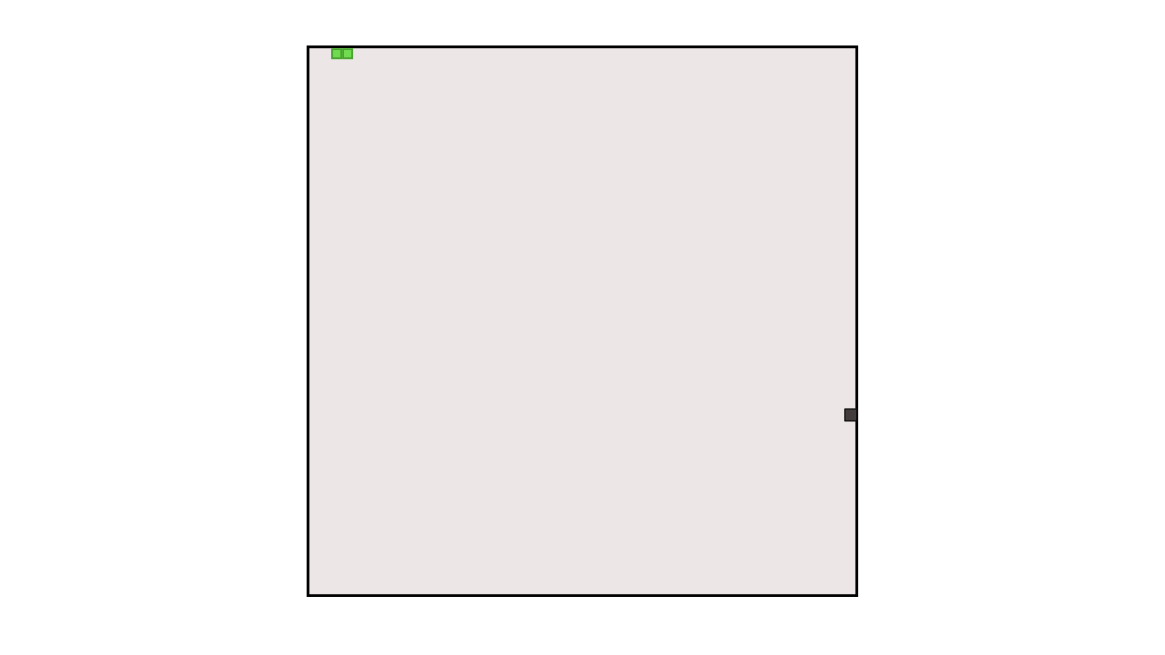
Repository: Krashgul/React_Snake_Game
Page: /
These files come from the project's save history. The page is drawn as it stood at one moment and after the next save; the edit follows.
The browser window is 1280 px wide. The pictures show the whole page, at 91% of full size.
The project was rebuilt for these pictures with package versions that can differ from the ones it lists, and the page was loaded fresh each time.

Above is the page before, as saved 2021-03-02 00:31:02.

### src/index.css
.game-area {
  position: relative;
  margin: 50px auto;
  width: 600px;
  height: 600px;
  background-color: rgb(236, 230, 230);
  border: 3px solid #000;
}

.snake-dot {
  position: absolute;
  width: 2%;
  height: 2%;
  background-color: rgb(111, 219, 78);
  border: 2px solid rgb(75, 161, 49);
  z-index: 2;
  box-sizing: border-box;
}

.snake-food {
  position: absolute;
  width: 2%;
  height: 2%;
  background: rgb(66, 60, 60);
  border: 1px solid #000;
  z-index: 1;
}

### src/App.js
import React, { Component } from 'react';
import Snake from './Snake';
import Food from './Food';

const getRandomCoordinates = () => {
  let min = 1;
  let max = 98;
  let x = Math.floor((Math.random()*(max-min+1)+min)/2)*2;
  let y =  Math.floor((Math.random()*(max-min+1)+min)/2)*2;
  return [x,y]
}

const initialState = {
  food: getRandomCoordinates(),
  speed: 50,
  direction: 'RIGHT',
  snakeDots: [
    [0,0],
    [2,0]
  ]
}

class App extends Component {

  state = initialState;

  componentDidMount() {
    setInterval(this.moveSnake, this.state.speed);
    document.onkeydown = this.onKeyDown;
  }

  componentDidUpdate() {
    this.checkIfOutOfBorders();
    this.checkIfCollapsed();
    this.checkIfEat();
  }

  onKeyDown = (e) => {
    e = e || window.event;
    switch (e.keyCode) {
      case 38:
        this.setState({direction: 'UP'});
        break;
      case 40:
        this.setState({direction: 'DOWN'});
        break;
      case 37:
        this.setState({direction: 'LEFT'});
        break;
      case 39:
        this.setState({direction: 'RIGHT'});
        break;
    }
  }

  moveSnake = () => {
    let dots = [...this.state.snakeDots];
    let head = dots[dots.length - 1];

    switch (this.state.direction) {
      case 'RIGHT':
        head = [head[0] + 2, head[1]];
        break;
      case 'LEFT':
        head = [head[0] - 2, head[1]];
        break;
      case 'DOWN':
        head = [head[0], head[1] + 2];
        break;
      case 'UP':
        head = [head[0], head[1] - 2];
        break;
    }
    dots.push(head);
    dots.shift();
    this.setState({
      snakeDots: dots
    })
  }

  checkIfOutOfBorders() {
    let head = this.state.snakeDots[this.state.snakeDots.length - 1];
    if (head[0] >= 100 || head[1] >= 100 || head[0] < 0 || head[1] < 0) {
      this.onGameOver();
    }
  }

  checkIfCollapsed() {
    let snake = [...this.state.snakeDots];
    let head = snake[snake.length - 1];
    snake.pop();
    snake.forEach(dot => {
      if (head[0] == dot[0] && head[1] == dot[1]) {
        this.onGameOver();
      }
    })
  }

  checkIfEat() {
    let head = this.state.snakeDots[this.state.snakeDots.length - 1];
    let food = this.state.food;
    if (head[0] == food[0] && head[1] == food[1]) {
      this.setState({
        food: getRandomCoordinates()
      })
      this.enlargeSnake();
      this.increaseSpeed();
    }
  }

  enlargeSnake() {
    let newSnake = [...this.state.snakeDots];
    newSnake.unshift([])
    this.setState({
      snakeDots: newSnake
    })
  }

  increaseSpeed() {
    if (this.state.speed > 10) {
      this.setState({
        speed: this.state.speed - 10
      })
    }
  }

  onGameOver() {
    alert(`Game Over. Snake length is ${this.state.snakeDots.length}`);
    this.setState(initialState)
  }

  render() {
    return (
      <div className="game-area">
        <Snake snakeDots={this.state.snakeDots}/>
        <Food dot={this.state.food}/>
      </div>
    );
  }
}

export default App;

### src/Snake.js
import React from 'react';

export default (props) => {
  return (
    <div>
      {props.snakeDots.map((dot, i) => {
        const style = {
          left: `${dot[0]}%`,
          top: `${dot[1]}%`
        }
        return (
          <div className="snake-dot" key={i} style={style}></div>
        )
      })}
    </div>
  )
}

Loaded but not shown: public/index.html (common file); src/index.js (common file); src/serviceWorker.js (common file); src/Food.js (common file)

After the next save:
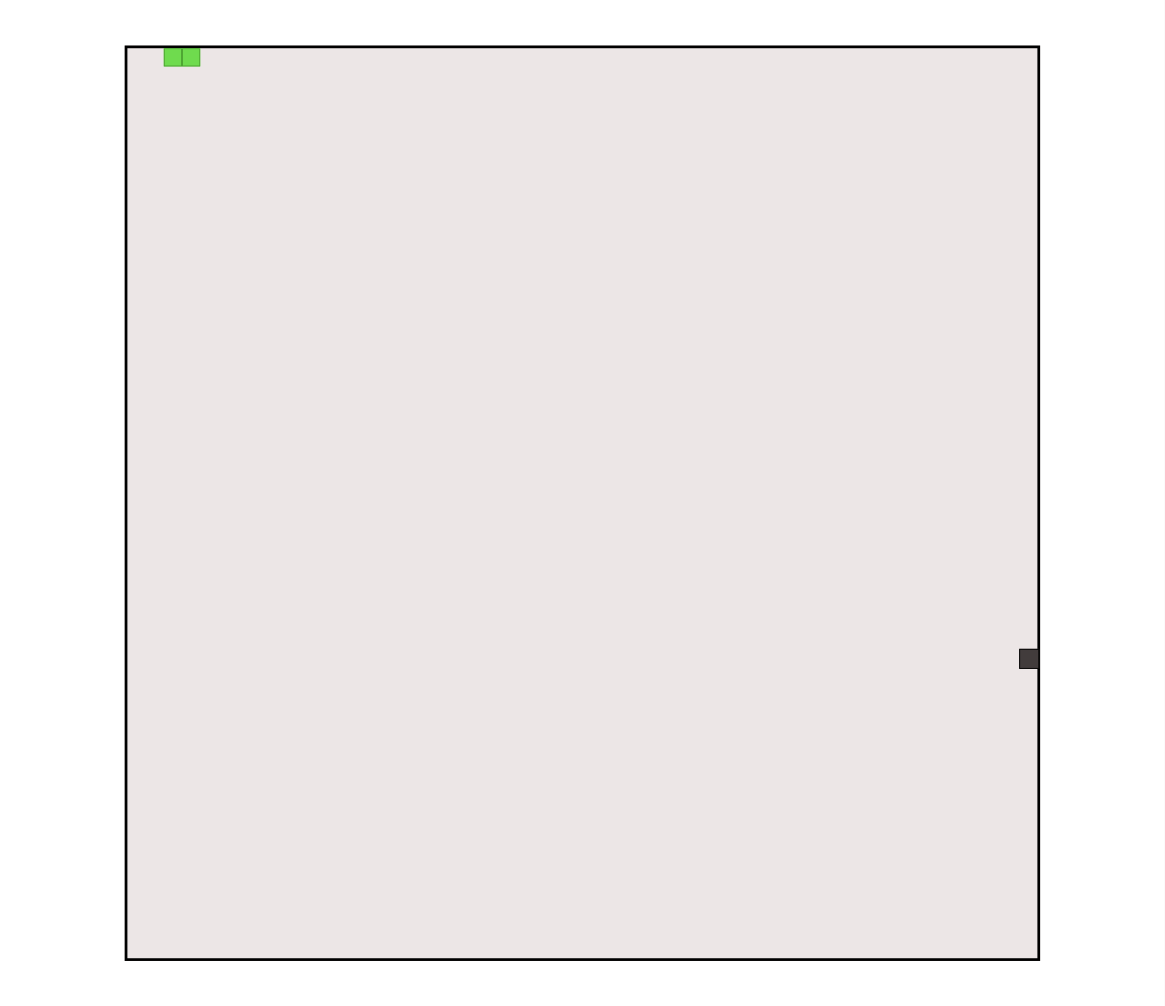
Saved 22 s later.
--- a/src/index.css
+++ b/src/index.css
@@ -1,8 +1,8 @@
 .game-area {
   position: relative;
   margin: 50px auto;
-  width: 600px;
-  height: 600px;
+  width: 1000px;
+  height: 1000px;
   background-color: rgb(236, 230, 230);
   border: 3px solid #000;
 }
@@ -12,7 +12,7 @@
   width: 2%;
   height: 2%;
   background-color: rgb(111, 219, 78);
-  border: 2px solid rgb(75, 161, 49);
+  border: 1px solid rgb(75, 161, 49);
   z-index: 2;
   box-sizing: border-box;
 }
